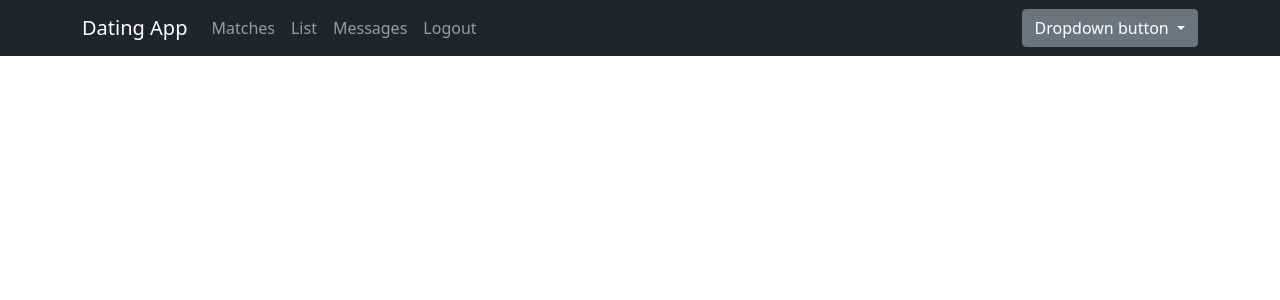
Repository: pedroHenriFeLima/DotNetCoreANDAngularDatingApp
Page: / (app in client/)
These files come from the project's save history. The page is drawn as it stood at one moment and after the next save; the edit follows.
The browser window is 1280 px wide. The pictures show the whole page.
The page's requests for data from a server got no answer. The project was rebuilt for these pictures with package versions that can differ from the ones it lists, and the page was loaded fresh each time. No one was signed in, and anything a server would have sent is missing. Also part of the build but not shown: client/angular.json.

Above is the page before, as saved 2021-10-16 19:55:01.

After the next save:
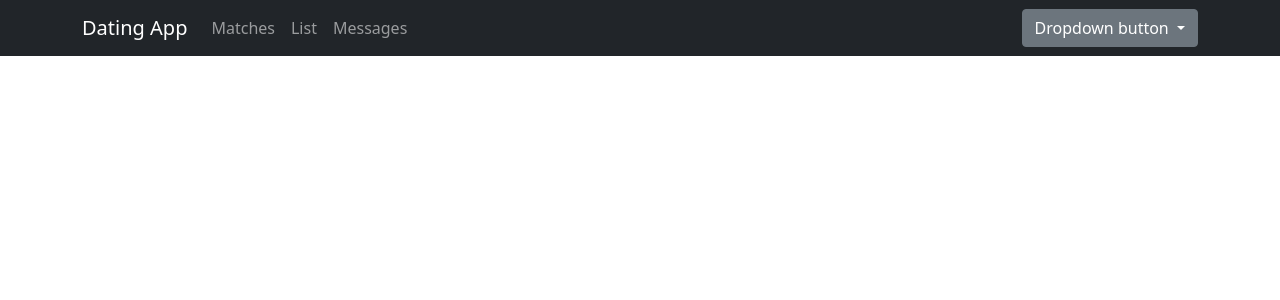
Saved 2 min 19 s later.
--- a/client/src/app/nav/nav.component.html
+++ b/client/src/app/nav/nav.component.html
@@ -11,9 +11,6 @@
         </li>
         <li class="nav-item">
           <a class="nav-link">Messages</a>
-        </li>
-        <li class="nav-item">
-          <a class="nav-link" (click)="logOut()">Logout</a>
         </li>
       </ul>
       <div class="dropdown" *ngIf="accountService.currentUser$ | async">
